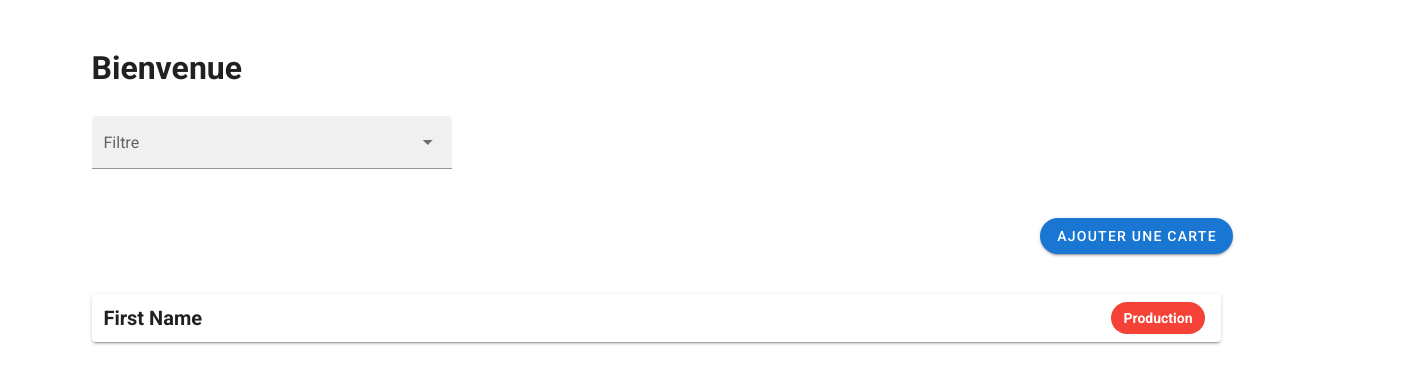
Repository: SidneyHodieb/myc
Page: /
An editor plug-in stored every save of this project. The page is shown before and after the next save, followed by the edit.
The browser window is 1280 px wide. The page is 1425 px wide, so the pictures cover 1425 px, including what lies to the right of the window. The pictures show the whole page.
The project was rebuilt for these pictures with package versions that can differ from the ones it lists, and the page was loaded fresh each time. Also part of the build but not shown: vue.config.js.

Above is the page before, as saved 2021-04-02 00:28:18.

### src/App.vue
<template>
  <v-app>
    <v-main>
      <router-view></router-view>
    </v-main>
  </v-app>
</template>

<script>

export default {
  name: 'App',
  data: () => ({
    //
  }),
};
</script>

### src/views/Home.vue
<template>
  <v-container>
    <v-row class="mt-5 ml-5">
      <v-col cols="12" sm="12">
        <h1>Bienvenue</h1>
      </v-col>
      <v-col class="d-flex" sm="4">
        <v-select dense :items="items" filled label="Filtre"></v-select>
      </v-col>
     <v-col offset-md="8" sm="6">
      <div class="text-center">
        <v-btn rounded color="primary">
          Ajouter une carte
        </v-btn>
      </div>
      </v-col>
      <v-col
          cols="12"
          sm="12"
          class="mt-4"
        >
          <v-text-field
            readonly
            value="First Name"
            solo
            style="font-weight:bold; font-size:20px"
          >
             <template v-slot:append>
               <v-chip text-color="white" color="red" class="ma-1">Production</v-chip>
              </template>

          </v-text-field>
        </v-col>
    </v-row>
  </v-container>
</template>

<script>
// @ is an alias to /src

export default {
  components: {},
};
</script>

Loaded but not shown: public/index.html (common file); src/main.js (common file); src/router/index.js (common file); src/store/index.js (common file); src/plugins/vuetify.js (common file)

After the next save:
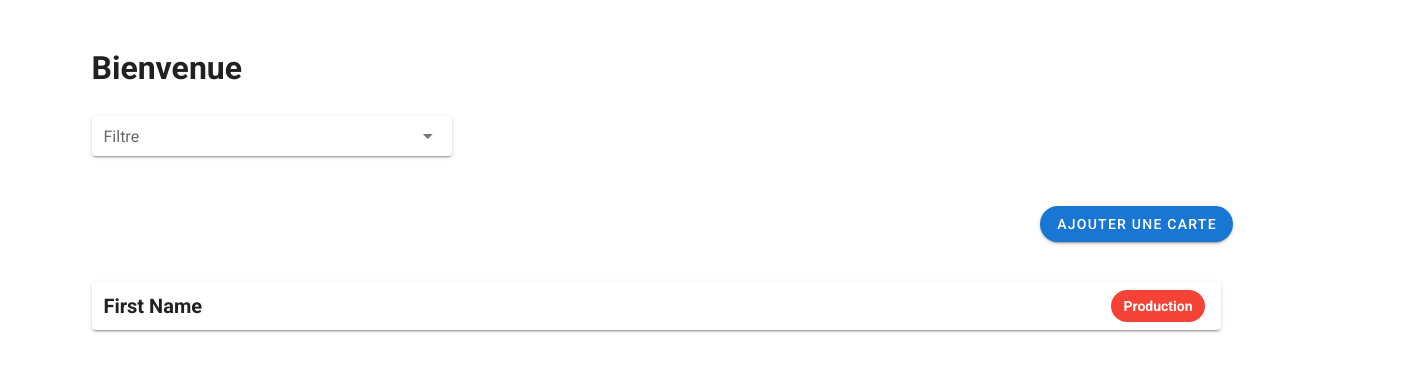
Saved 8 s later.
--- a/src/views/Home.vue
+++ b/src/views/Home.vue
@@ -5,7 +5,7 @@
         <h1>Bienvenue</h1>
       </v-col>
       <v-col class="d-flex" sm="4">
-        <v-select dense :items="items" filled label="Filtre"></v-select>
+        <v-select dense solo :items="items" filled label="Filtre"></v-select>
       </v-col>
      <v-col offset-md="8" sm="6">
       <div class="text-center">

After the save that followed:
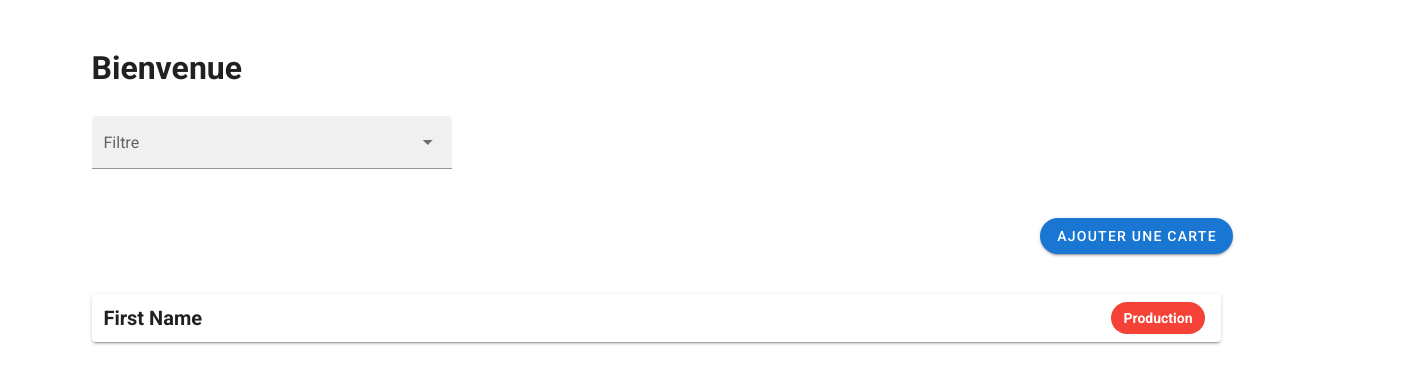
Saved 70 s later.
--- a/src/views/Home.vue
+++ b/src/views/Home.vue
@@ -5,7 +5,7 @@
         <h1>Bienvenue</h1>
       </v-col>
       <v-col class="d-flex" sm="4">
-        <v-select dense solo :items="items" filled label="Filtre"></v-select>
+        <v-select dense  :items="items" filled label="Filtre"></v-select>
       </v-col>
      <v-col offset-md="8" sm="6">
       <div class="text-center">
